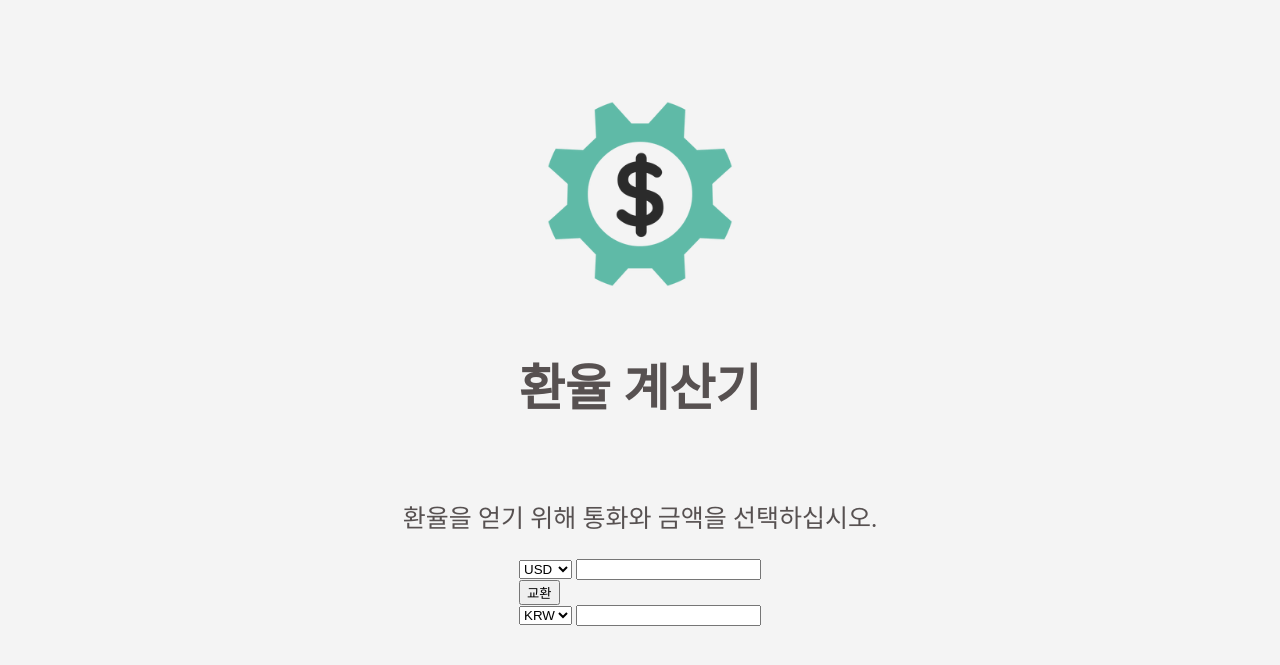
Repository: AbrorjonKuchkarov/exchange-rate
Page: index.html
These files come from the project's save history. The page is drawn as it stood at one moment and after the next save; the edit follows.
The browser window is 1280 px wide. The pictures show the whole page.

Above is the page before, as saved 2022-02-24 01:19:37.

### index.html
<!DOCTYPE html>
<html lang="en">
<head>
   <meta charset="UTF-8">
   <meta http-equiv="X-UA-Compatible" content="IE=edge">
   <meta name="viewport" content="width=device-width, initial-scale=1.0">
<link rel="stylesheet" href="style.css">
   <title>환율</title>
</head>
<body>
   <img src="img/money.png" alt="">
   <h1>환율 계산기 </h1>
   <p>환율을 얻기 위해 통화와 금액을 선택하십시오.</p>

   <div class="container">
      <div class="currency">
         <select id="selectOne">
            <option value="AED">AED</option>
            <option value="ARS">ARS</option>
            <option value="AUD">AUD</option>
            <option value="BGN">BGN</option>
            <option value="BRL">BRL</option>
            <option value="BSD">BSD</option>
            <option value="CAD">CAD</option>
            <option value="CHF">CHF</option>
            <option value="CLP">CLP</option>
            <option value="CNY">CNY</option>
            <option value="COP">COP</option>
            <option value="CZK">CZK</option>
            <option value="DKK">DKK</option>
            <option value="DOP">DOP</option>
            <option value="EGP">EGP</option>
            <option value="EUR">EUR</option>
            <option value="FJD">FJD</option>
            <option value="GBP">GBP</option>
            <option value="GTQ">GTQ</option>
            <option value="HKD">HKD</option>
            <option value="HRK">HRK</option>
            <option value="HUF">HUF</option>
            <option value="IDR">IDR</option>
            <option value="ILS">ILS</option>
            <option value="INR">INR</option>
            <option value="ISK">ISK</option>
            <option value="JPY">JPY</option>
            <option value="KRW">KRW</option>
            <option value="KZT">KZT</option>
            <option value="MXN">MXN</option>
            <option value="MYR">MYR</option>
            <option value="NOK">NOK</option>
            <option value="NZD">NZD</option>
            <option value="PAB">PAB</option>
            <option value="PEN">PEN</option>
            <option value="PHP">PHP</option>
            <option value="PKR">PKR</option>
            <option value="PLN">PLN</option>
            <option value="PYG">PYG</option>
            <option value="RON">RON</option>
            <option value="RUB">RUB</option>
            <option value="SAR">SAR</option>
            <option value="SEK">SEK</option>
            <option value="SGD">SGD</option>
            <option value="THB">THB</option>
            <option value="TRY">TRY</option>
            <option value="TWD">TWD</option>
            <option value="UAH">UAH</option>
            <option value="USD" selected>USD</option>
            <option value="UYU">UYU</option>
            <option value="VND">VND</option>
            <option value="ZAR">ZAR</option>
         </select>
         <input type="number" class="inputOne" >
      </div>

      <div class="swap">
         <button class="btn">교환</button>
         <div class="rate"></div>
      </div>

      <div class="currency">
         <select id="selectTwo">
         <option value="AED">AED</option>
         <option value="ARS">ARS</option>
         <option value="AUD">AUD</option>
         <option value="BGN">BGN</option>
         <option value="BRL">BRL</option>
         <option value="BSD">BSD</option>
         <option value="CAD">CAD</option>
         <option value="CHF">CHF</option>
         <option value="CLP">CLP</option>
         <option value="CNY">CNY</option>
         <option value="COP">COP</option>
         <option value="CZK">CZK</option>
         <option value="DKK">DKK</option>
         <option value="DOP">DOP</option>
         <option value="EGP">EGP</option>
         <option value="EUR">EUR</option>
         <option value="FJD">FJD</option>
         <option value="GBP">GBP</option>
         <option value="GTQ">GTQ</option>
         <option value="HKD">HKD</option>
         <option value="HRK">HRK</option>
         <option value="HUF">HUF</option>
         <option value="IDR">IDR</option>
         <option value="ILS">ILS</option>
         <option value="INR">INR</option>
         <option value="ISK">ISK</option>
         <option value="JPY">JPY</option>
         <option value="KRW" selected>KRW</option>
         <option value="KZT">KZT</option>
         <option value="MXN">MXN</option>
         <option value="MYR">MYR</option>
         <option value="NOK">NOK</option>
         <option value="NZD">NZD</option>
         <option value="PAB">PAB</option>
         <option value="PEN">PEN</option>
         <option value="PHP">PHP</option>
         <option value="PKR">PKR</option>
         <option value="PLN">PLN</option>
         <option value="PYG">PYG</option>
         <option value="RON">RON</option>
         <option value="RUB">RUB</option>
         <option value="SAR">SAR</option>
         <option value="SEK">SEK</option>
         <option value="SGD">SGD</option>
         <option value="THB">THB</option>
         <option value="TRY">TRY</option>
         <option value="TWD">TWD</option>
         <option value="UAH">UAH</option>
         <option value="USD">USD</option>
         <option value="UYU">UYU</option>
         <option value="VND">VND</option>
         <option value="ZAR">ZAR</option>
      </select>
      <input type="number" class="inputTwo" >
      </div>
   </div>




   <script src="app.js"></script>
</body>
</html>

### style.css
*{
   box-sizing: border-box;
}

body {
   margin: 0;
   display: flex;
   flex-direction: column;
   align-items: center;
   justify-content: center;
   height: 100vh;
   background-color: #f4f4f4;
   padding: 10px;
}

img {
   width: 200px;
}

h1{
   font-size: 50px;
   color: #575151;
   padding: 20px 0;
}

p{
   color: #575151;
   font-size: 25px;
}

Loaded but not shown: app.js (no copy from this time; the picture is the same without it)

After the next save:
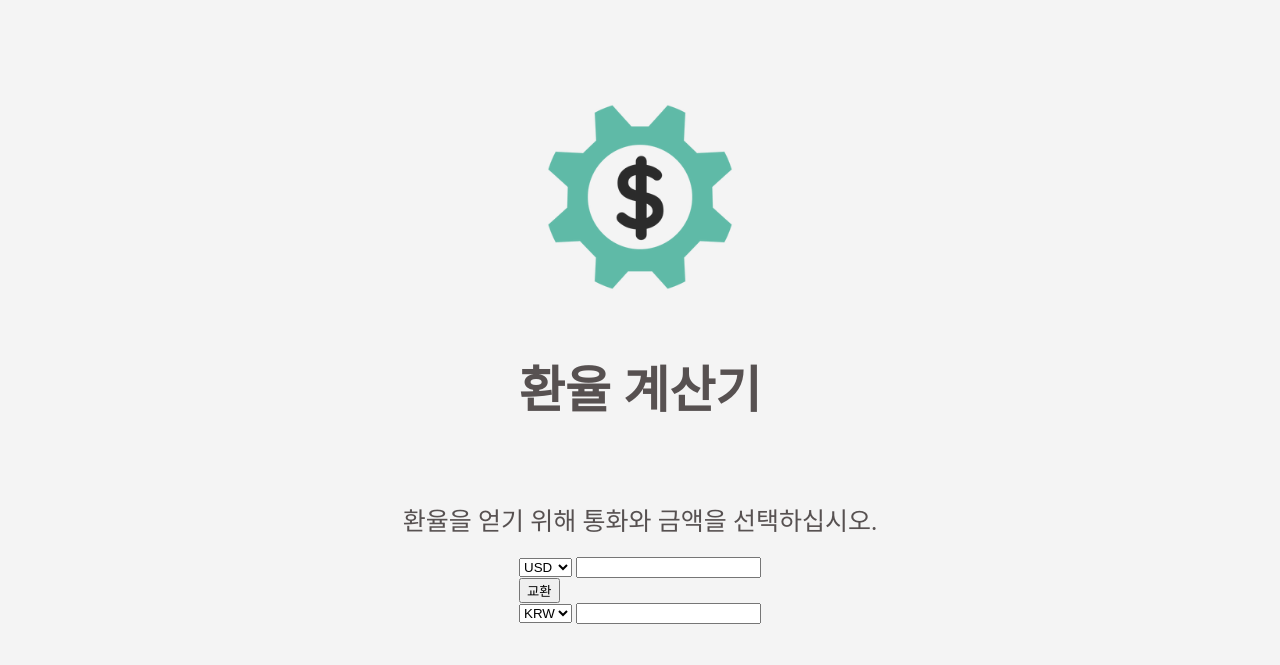
Saved 14 s later.
--- a/style.css
+++ b/style.css
@@ -26,4 +26,5 @@ h1{
 p{
    color: #575151;
    font-size: 25px;
+   margin-bottom: 20px;
 }
